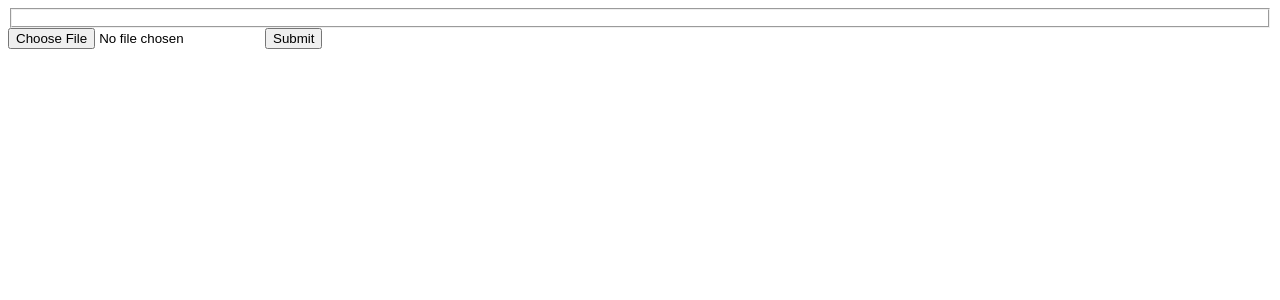
Repository: prashantsuman07/Manthan-ELF-16-OCT-19-Prashant-Suman
Page: http://localhost/Resume_Finder_Java_Application/JSP/UploadResume.jsp
These files come from the project's save history. The page is drawn as it stood at one moment and after the next save; the edit follows.
The browser window is 1280 px wide. The pictures show the whole page.
The page is served by Tomcat 9.

Above is the page before, as saved 2019-12-02 11:49:44.

After the next save:
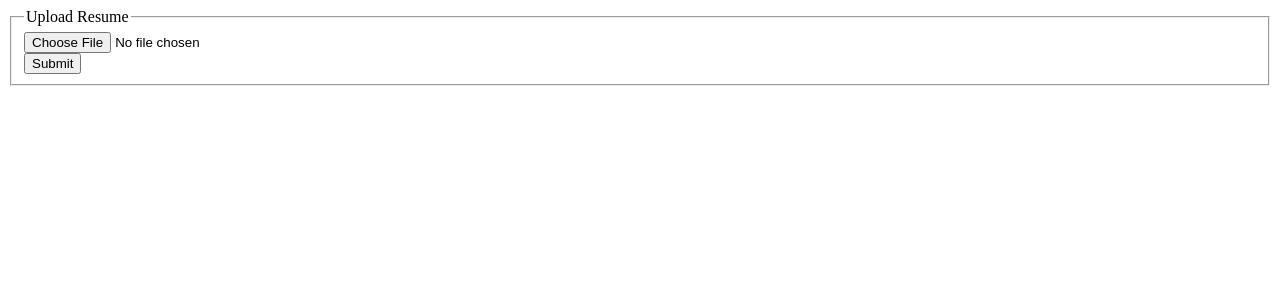
Saved 88 s later.
--- a/PLP_FinalEvaluation_JAVA/Resume_Finder_Java_Application/WebContent/JSP/UploadResume.jsp
+++ b/PLP_FinalEvaluation_JAVA/Resume_Finder_Java_Application/WebContent/JSP/UploadResume.jsp
@@ -7,9 +7,10 @@
 <title>Insert title here</title>
 </head>
 <body>
-<fieldset></fieldset>
+<fieldset>
+<legend>Upload Resume</legend>
 <form action="" method="get">
-<input name="userfile" type="file" accept="application/pdf, application/msword" />
+<input name="userfile" type="file" accept="application/pdf, application/msword" /><br>
 <input type="submit" name="Upload Resume">
 </form>
 </fieldset>
